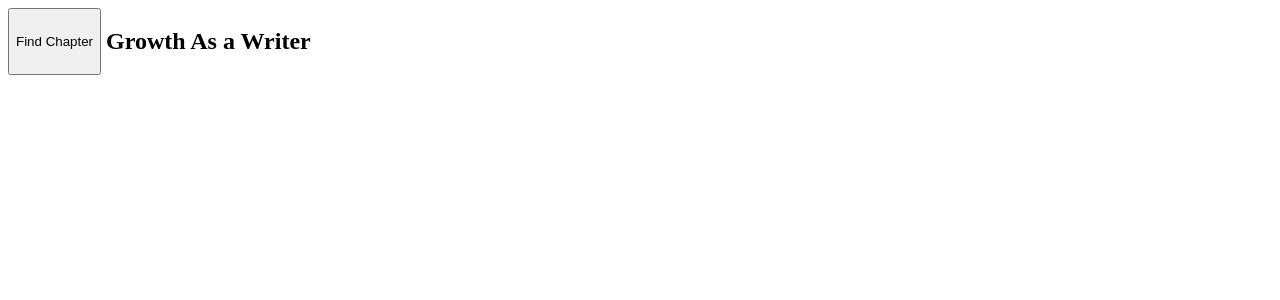
Repository: jpaisiem/WP-4
Page: index.html
These files come from the project's save history. The page is drawn as it stood at one moment and after the next save; the edit follows.
The browser window is 1280 px wide. The pictures show the whole page.

Above is the page before, as saved 2025-04-29 11:50:21.

After the next save:
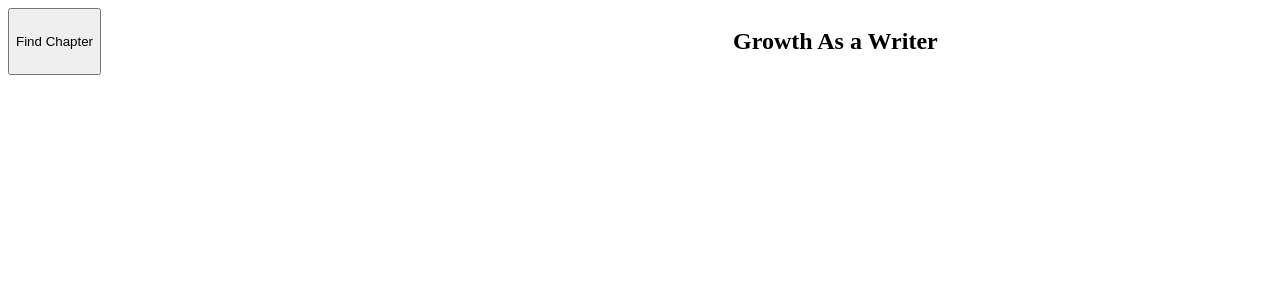
Saved 4 s later.
--- a/index.html
+++ b/index.html
@@ -66,7 +66,7 @@
 
 
 
-<div class="popup" onclick="myFunction()" style=" text-align: left; display: flex; flex-direction: row;"><button style="margin-right: 5px">Find Chapter</button><h2>Growth As a Writer</h2>
+<div class="popup" onclick="myFunction()" style=" text-align: left; display: flex; flex-direction: row;"><button style="margin-right: 50%">Find Chapter</button><h2>Growth As a Writer</h2>
   <span class="popuptext" id="myPopup"> <table>
     <tr>
       <td><a href="#">Chapter 1</a></td>
